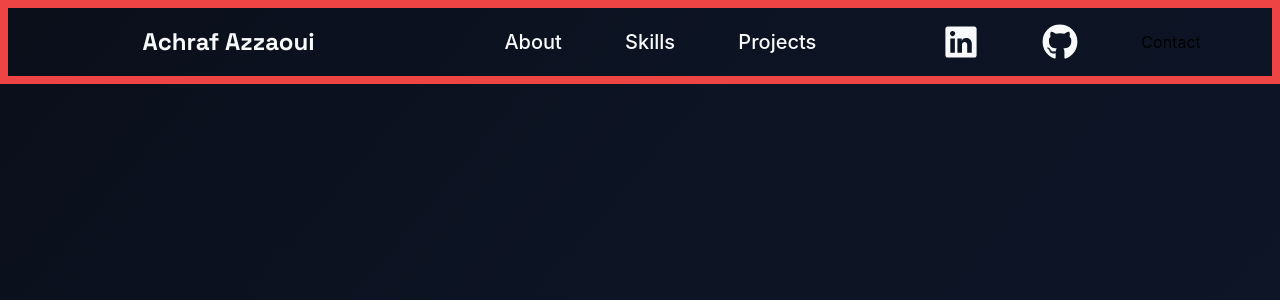
Repository: AchrafAzzaoui/Portfolio-Website
Page: / (app in achrafs-portfolio/)
These files come from the project's save history. The page is drawn as it stood at one moment and after the next save; the edit follows.
The browser window is 1280 px wide. The pictures show the whole page.
Some web fonts or font styles are not loaded; a fallback is used. The project was rebuilt for these pictures with package versions that can differ from the ones it lists, and the page was loaded fresh each time. Also part of the build but not shown: achrafs-portfolio/vite.config.ts.

Above is the page before, as saved 2025-01-02 22:40:04.

### achrafs-portfolio/index.html
<!DOCTYPE html>
<html lang="en">
  <head>
    <meta charset="UTF-8" />
    <link rel="icon" type="image/svg+xml" href="/vite.svg" />
    <meta name="viewport" content="width=device-width, initial-scale=1.0" />
    <!-- Inter for body text -->
    <link rel="preconnect" href="https://rsms.me/" />
    <link rel="stylesheet" href="https://rsms.me/inter/inter.css" />

    <!-- Space Grotesk for headlines -->
    <link rel="preconnect" href="https://fonts.googleapis.com" />
    <link rel="preconnect" href="https://fonts.gstatic.com" crossorigin />
    <link
      href="https://fonts.googleapis.com/css2?family=Space+Grotesk:wght@500;600;700&display=swap"
      rel="stylesheet"
    />
    <title>Achraf's Portfolio Website</title>
  </head>
  <body>
    <div id="root"></div>
    <script type="module" src="/src/main.tsx"></script>
  </body>
</html>

### achrafs-portfolio/src/index.css
@tailwind base;
@tailwind components;
@tailwind utilities;
@tailwind base;
@tailwind components;
@tailwind utilities;

@layer base {
  * {
    margin: 0;
    padding: 0;
    box-sizing: border-box;
  }

  html {
    scroll-behavior: smooth;
  }

  body {
    @apply font-sans antialiased;
  }

  ul,
  ol {
    list-style: none;
  }

  a {
    text-decoration: none;
    color: inherit;
  }

  img {
    max-width: 100%;
    height: auto;
  }

  button {
    background: none;
    border: none;
    cursor: pointer;
  }
}

### achrafs-portfolio/src/App.tsx
import "./index.css";
import Header from "./components/layout/Header.tsx";
export default function App() {
  return (
    <div className="min-h-screen bg-gradient-dark">
      <Header />
    </div>
  );
}

### achrafs-portfolio/src/components/layout/Header.tsx
import { useState } from "react";
import { RxLinkedinLogo } from "react-icons/rx";
import { FaGithub } from "react-icons/fa";

export default function Header() {
  const [isMenuOpen, setIsMenuOpen] = useState(false);

  return (
    <header className="px-2 py-4 border-8 border-red-500">
      <nav className="flex ">
        <div className="basis-3/16 flex-auto flex justify-center items-center font-display font-bold text-dark-text-primary">
          <a href="#home" target="_blank">
            <h2 className="text-2xl">Achraf Azzaoui</h2>
          </a>
        </div>
        <div className="basis-7/16 flex-auto flex justify-evenly items-center">
          <a
            href="#about"
            target="_blank"
            className="font-sans font-medium text-dark-text-primary text-xl"
          >
            About
          </a>
          <a
            href="#skills"
            target="_blank"
            className="font-sans font-medium text-dark-text-primary text-xl"
          >
            Skills
          </a>
          <a
            href="#projects"
            target="_blank"
            className="font-sans font-medium text-dark-text-primary text-xl"
          >
            Projects
          </a>
        </div>
        <div className="basis-6/16 flex-auto flex justify-evenly items-center">
          <a href="https://www.linkedin.com/in/achraf-azzaoui-data-scientist">
            <RxLinkedinLogo className="text-4xl rounded-sm text-dark-text-primary" />
          </a>
          <a href="https://github.com/AchrafAzzaoui">
            <FaGithub className="text-4xl rounded-full text-dark-text-primary" />
          </a>
          <button className="">Contact</button>
        </div>
      </nav>
    </header>
  );
}

### achrafs-portfolio/tailwind.config.js
/** @type {import('tailwindcss').Config} */
const defaultTheme = require("tailwindcss/defaultTheme");

export default {
  content: ["./index.html", "./src/**/*.{js,ts,jsx,tsx}"],
  theme: {
    extend: {
      backgroundImage: {
        "gradient-dark":
          "linear-gradient(130deg, #0A0F1A 0%, #0C1322 40%, #0E1628 100%)",
        "gradient-light":
          "linear-gradient(130deg, #F8FAFC 0%, #EEF2F6 40%, #E2E8F0 100%)", // Light theme gradient
      },
      colors: {
        // Dark theme
        dark: {
          text: {
            primary: "#F8FAFC", // Almost white
            secondary: "#94A3B8", // Lighter gray
            muted: "#64748B", // Muted gray
          },
        },
        // Light theme
        light: {
          text: {
            primary: "#0F172A", // Very dark blue/gray
            secondary: "#334155", // Dark gray
            muted: "#64748B", // Same as dark for balance
          },
        },
      },
      fontFamily: {
        sans: ["Inter", ...defaultTheme.fontFamily.sans],
        display: ["Space Grotesk", ...defaultTheme.fontFamily.sans],
      },
    },
  },
  plugins: [],
};

Loaded but not shown: achrafs-portfolio/src/main.tsx (common file)

After the next save:
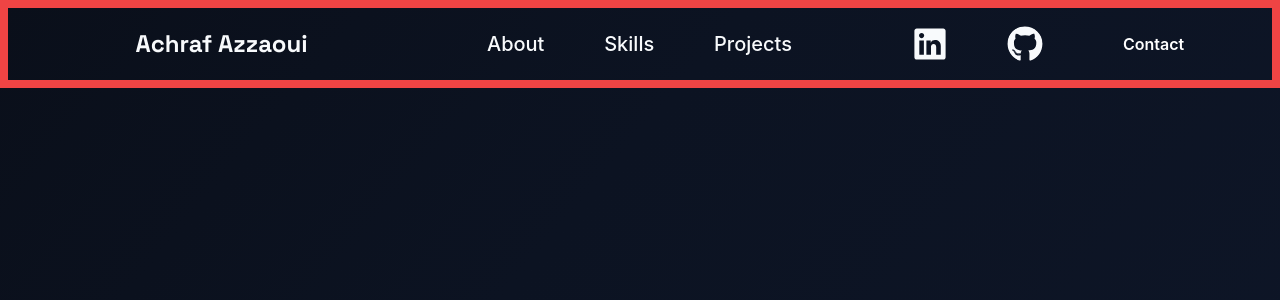
Saved 89 s later.
--- a/achrafs-portfolio/src/components/layout/Header.tsx
+++ b/achrafs-portfolio/src/components/layout/Header.tsx
@@ -43,7 +43,9 @@ export default function Header() {
           <a href="https://github.com/AchrafAzzaoui">
             <FaGithub className="text-4xl rounded-full text-dark-text-primary" />
           </a>
-          <button className="">Contact</button>
+          <button className="relative inline-block px-5 py-2 font-semibold rounded-md border-2 border-purple-600 bg-gradient-to-r from purple-600 to-purple-800 text-white transition-all duration-300 hover:from-purple-500 hover:to-indigo-600 hover:border-indigo-600">
+            Contact
+          </button>
         </div>
       </nav>
     </header>
